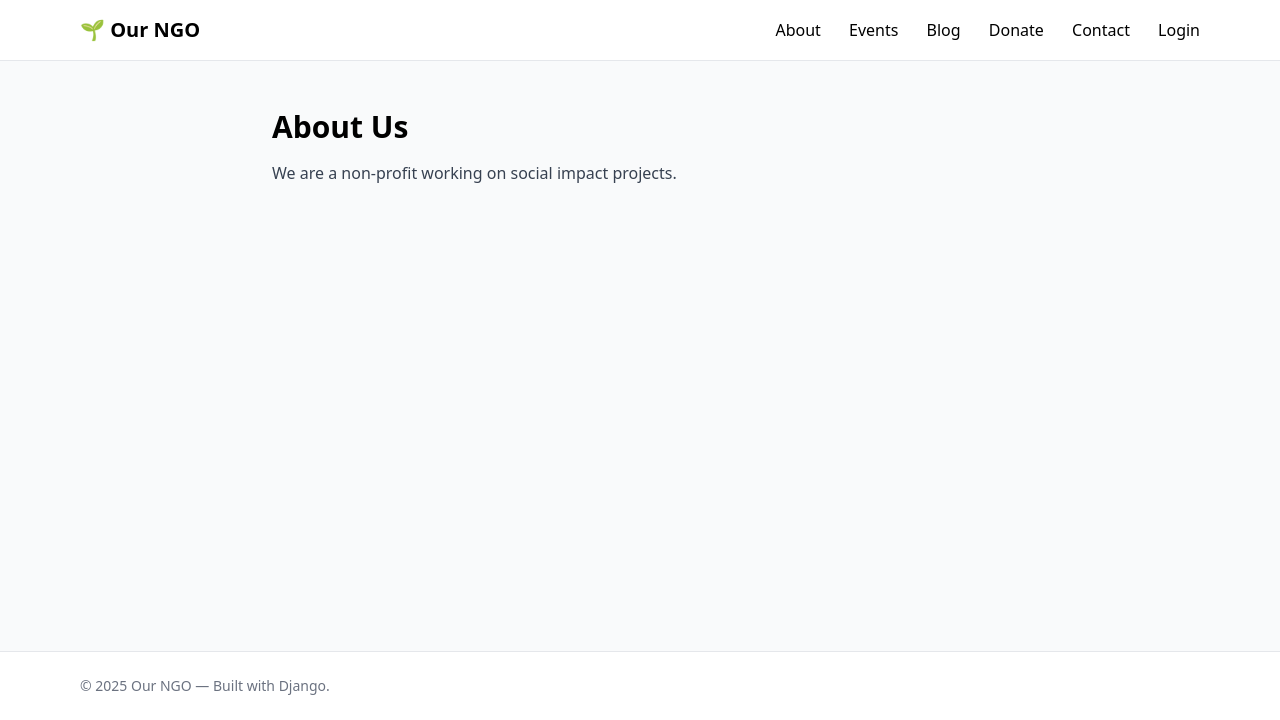
Repository: falak346/OUR-NGO
Page: http://localhost/about/
The author's editor kept a copy of each file at every save. The page is drawn from the files as they stood at one save, then again after the next save.
The browser window is 1280 px wide. The pictures show the whole page.
Some web libraries are served in a nearby version. The page is served by the project's application, run on Django 5.2 (ngo_site/manage.py).

Above is the page before, as saved 2025-11-13 11:40:41.

After the next save:
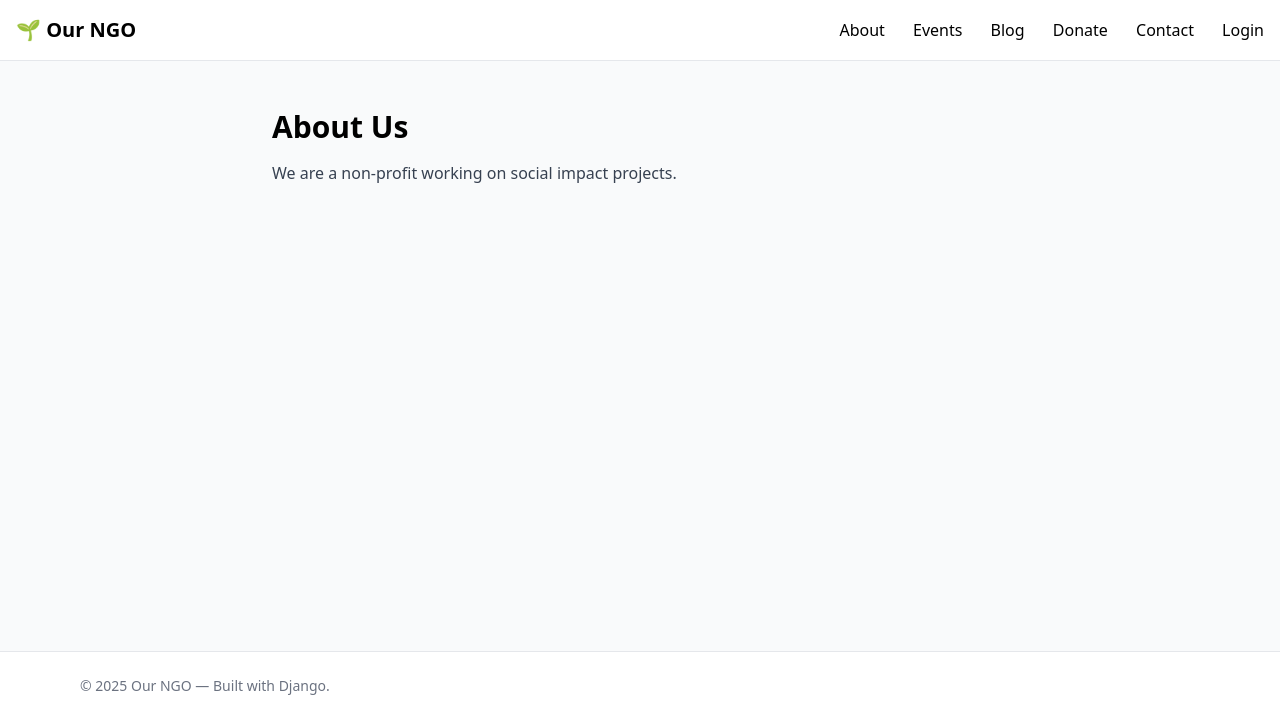
Saved 33 s later.
--- a/ngo_site/ngo_site/templates/base.html
+++ b/ngo_site/ngo_site/templates/base.html
@@ -9,7 +9,7 @@
 </head>
 <body class="min-h-screen bg-gray-50 flex flex-col">
   <header class="bg-white border-b">
-    <div class="max-w-6xl mx-auto px-4 py-4 flex items-center justify-between">
+    <div class="max-w-7xl mx-auto px-4 py-4 flex items-center justify-between">
       <a href="/" class="text-xl font-bold">🌱 Our NGO</a>
       <nav class="space-x-6">
         <a class="hover:underline" href="/about/">About</a>
